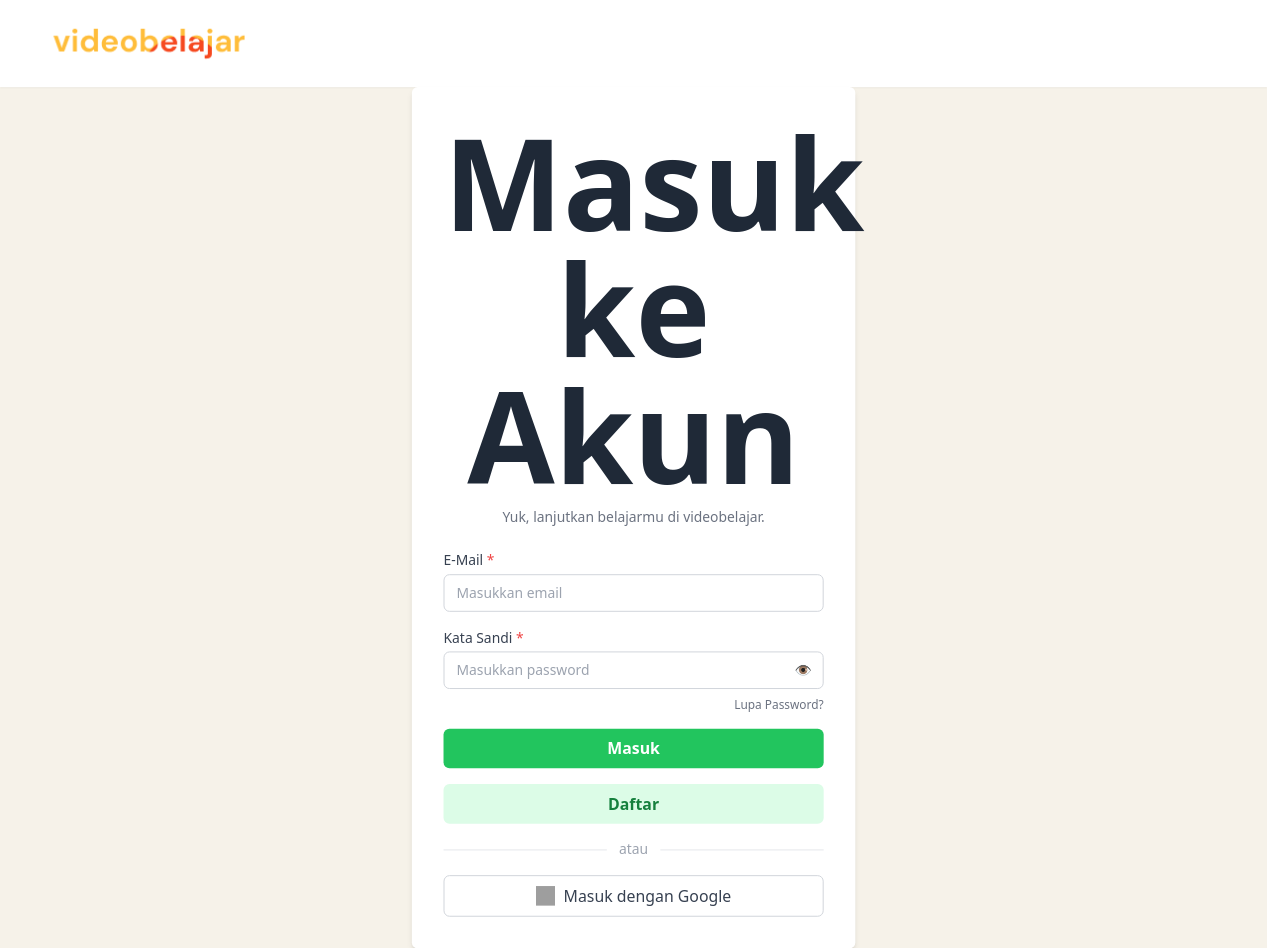
Repository: dimascahyanugraha/Course-Mission-4
Page: /signup
These files come from the project's save history. The page is drawn as it stood at one moment and after the next save; the edit follows.
The browser window is 1280 px wide. The pictures show the whole page, at 99% of full size.
Pictures or frames that could not be fetched are drawn as grey boxes. The project was rebuilt for these pictures with package versions that can differ from the ones it lists, and the page was loaded fresh each time. Also part of the build but not shown: vite.config.js.

Above is the page before, as saved 2026-05-20 14:53:59.

After the next save:
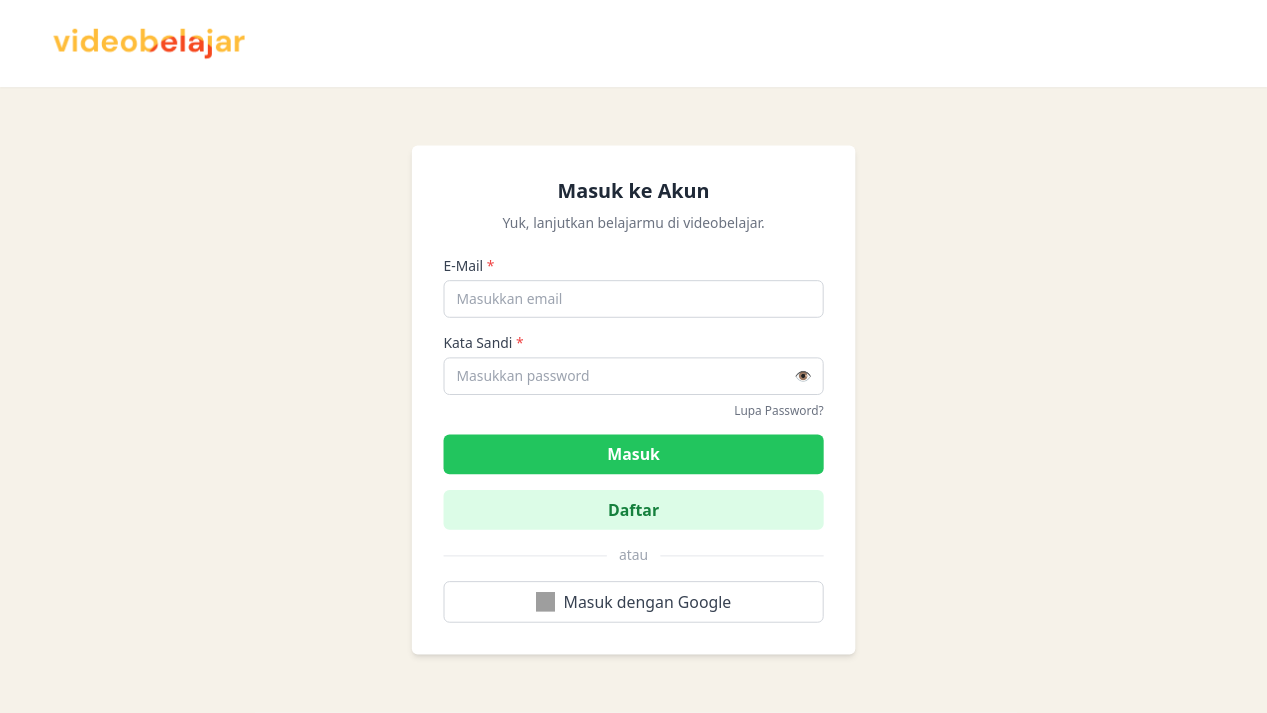
Saved 10 s later.
--- a/src/components/LoginPage.jsx
+++ b/src/components/LoginPage.jsx
@@ -15,7 +15,7 @@ export default function LoginPage() {
       <main className="flex flex-auto justify-center items-center px-4">
         <div className="bg-white w-full max-w-md rounded-md shadow-md p-8">
           {/* TITLE */}
-          <h2 className="text-9xl font-bold text-gray-800 text-center">
+          <h2 className="text-xl font-bold text-gray-800 text-center">
             Masuk ke Akun
           </h2>
 
